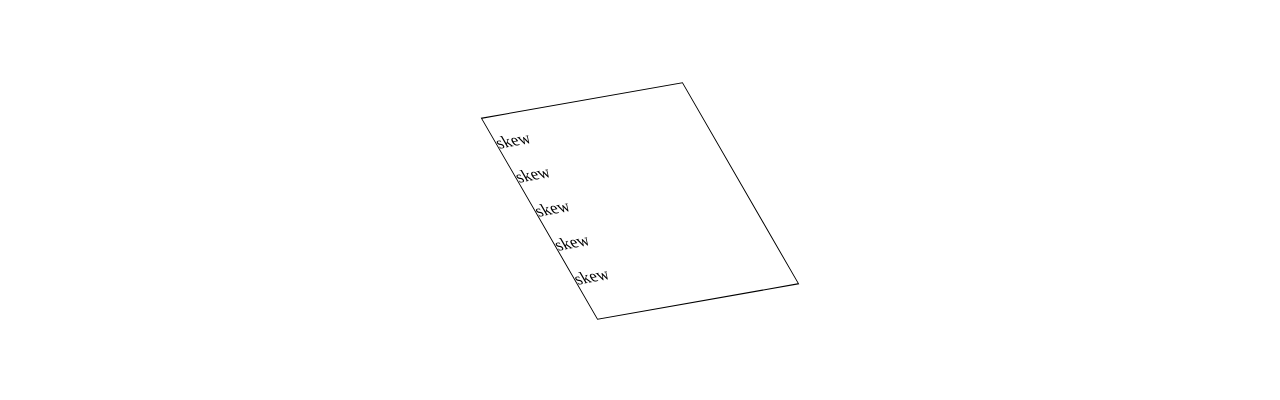
Repository: Jhin7782/HBuilder-Projects
Page: 【CSS】/动画/2d/transform/1.基本用法/skew.html
The author's editor kept a copy of each file at every save. The page is drawn from the files as they stood at one save, then again after the next save.
The browser window is 1280 px wide. The pictures show the whole page.

Above is the page before, as saved 2017-06-13 18:22:35.

After the next save:
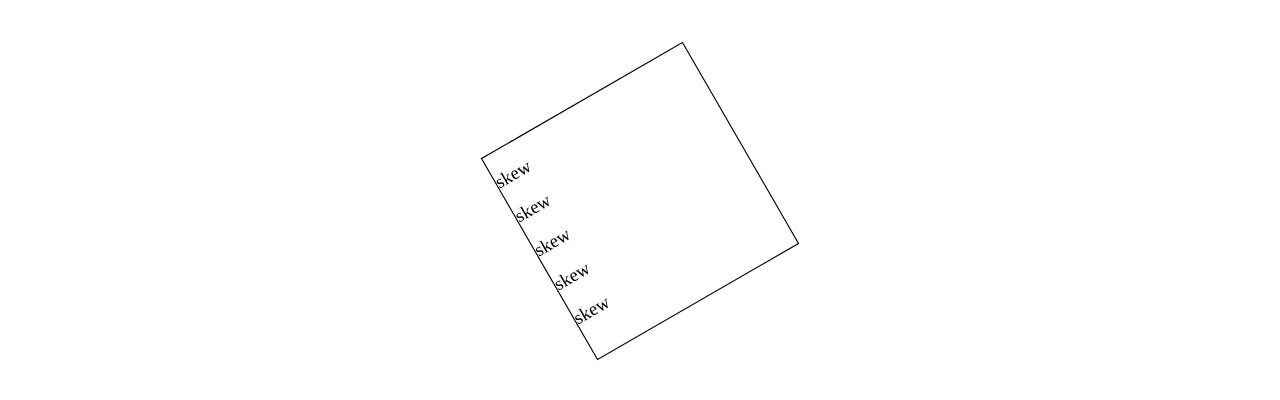
Saved 5 s later.
--- a/【CSS】/动画/2d/transform/1.基本用法/skew.html
+++ b/【CSS】/动画/2d/transform/1.基本用法/skew.html
@@ -9,7 +9,7 @@
 				height: 200px;
 				margin: 100px auto;
 				border: 1px solid black;
-				-webkit-transform: skew(30deg, -10deg);
+				-webkit-transform: skew(30deg, -30deg);
 				/*-webkit-transform: rotateX(45deg);*/
 				/*-webkit-transform: rotateY(45deg);*/
 				/*-webkit-transform: rotateZ(45deg);*/

After the save that followed:
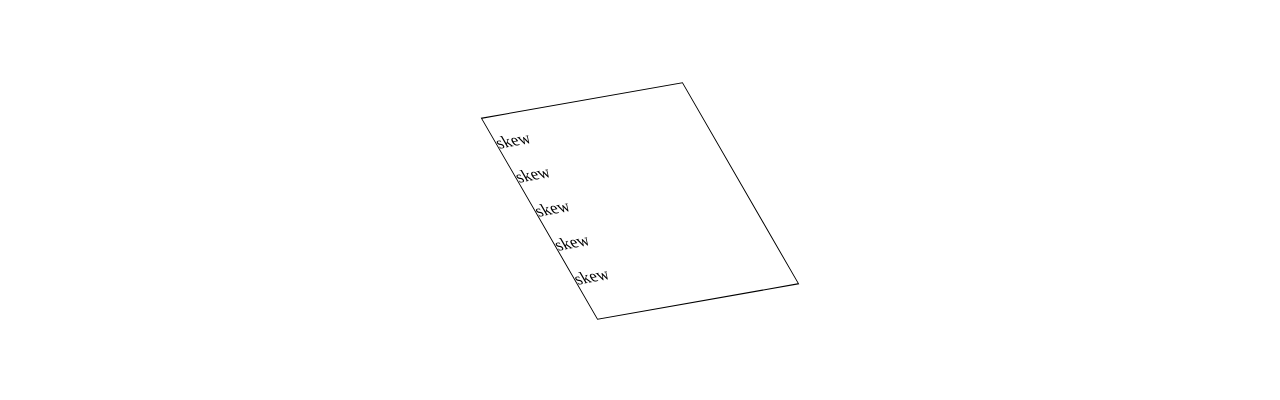
Saved 3 s later.
--- a/【CSS】/动画/2d/transform/1.基本用法/skew.html
+++ b/【CSS】/动画/2d/transform/1.基本用法/skew.html
@@ -9,7 +9,7 @@
 				height: 200px;
 				margin: 100px auto;
 				border: 1px solid black;
-				-webkit-transform: skew(30deg, -30deg);
+				-webkit-transform: skew(30deg, -10deg);
 				/*-webkit-transform: rotateX(45deg);*/
 				/*-webkit-transform: rotateY(45deg);*/
 				/*-webkit-transform: rotateZ(45deg);*/
